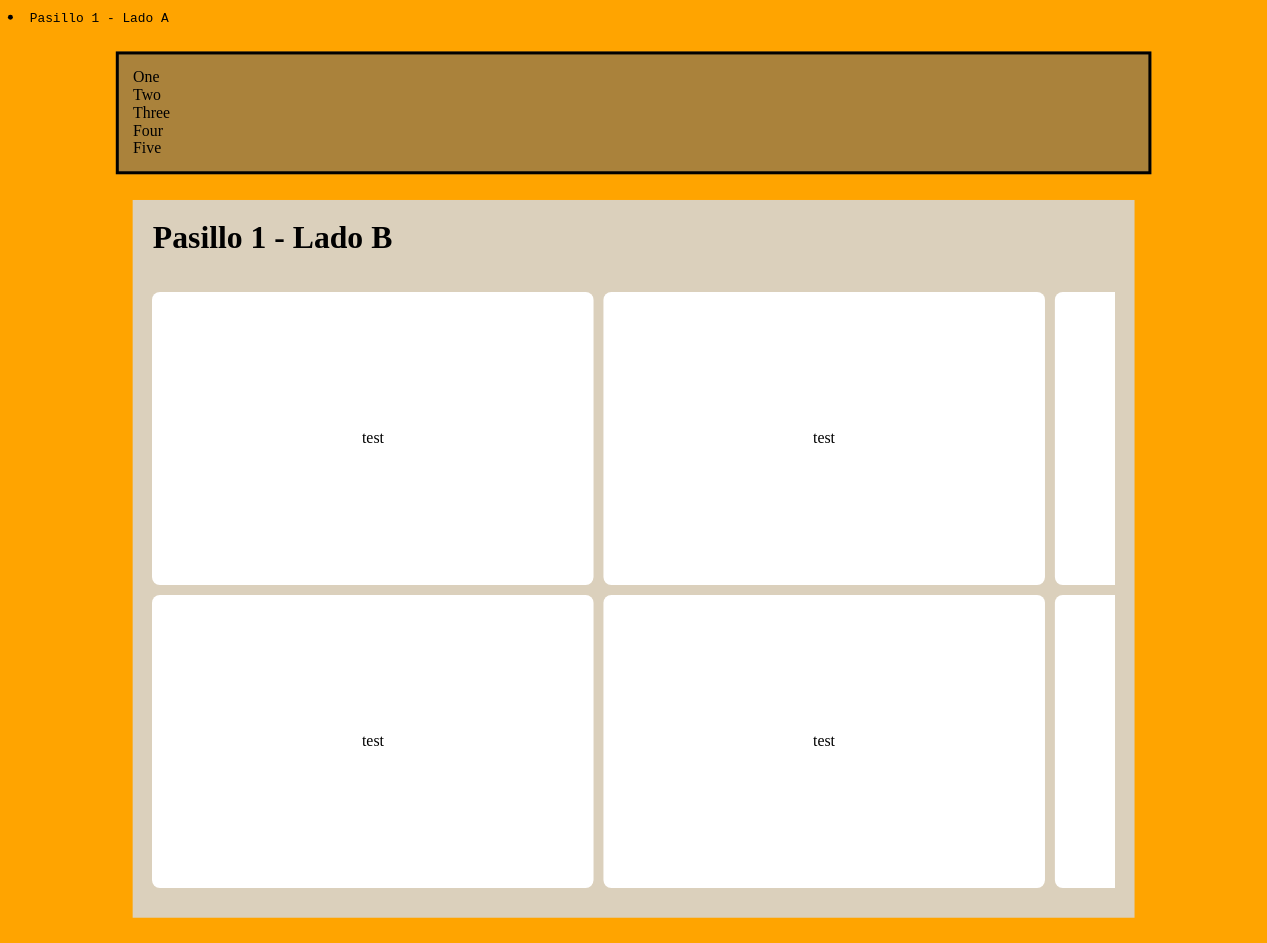
Repository: Franzcod/DepoStock_Web
Page: index.html
The author's editor kept a copy of each file at every save. The page is drawn from the files as they stood at one save, then again after the next save.
The browser window is 1280 px wide. The pictures show the whole page, at 99% of full size.

Above is the page before, as saved 2020-06-07 02:30:34.
Console error: ReferenceError: ur is not defined

After the next save:
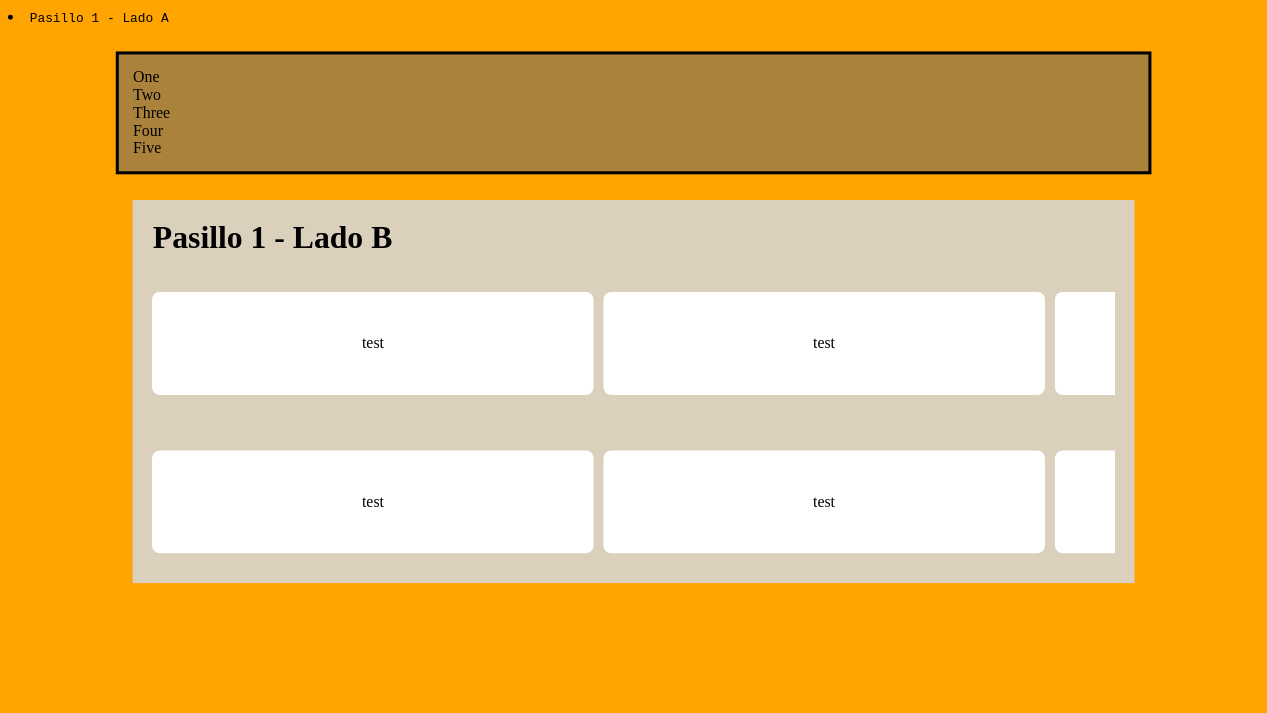
Saved 7 s later.
--- a/estilo/estilo.css
+++ b/estilo/estilo.css
@@ -77,5 +77,5 @@ justify-content: center;
 align-items: center;
 background: #fff;
 border-radius: 8px;
-height: 20vw;
+height: 5vw;
 }
